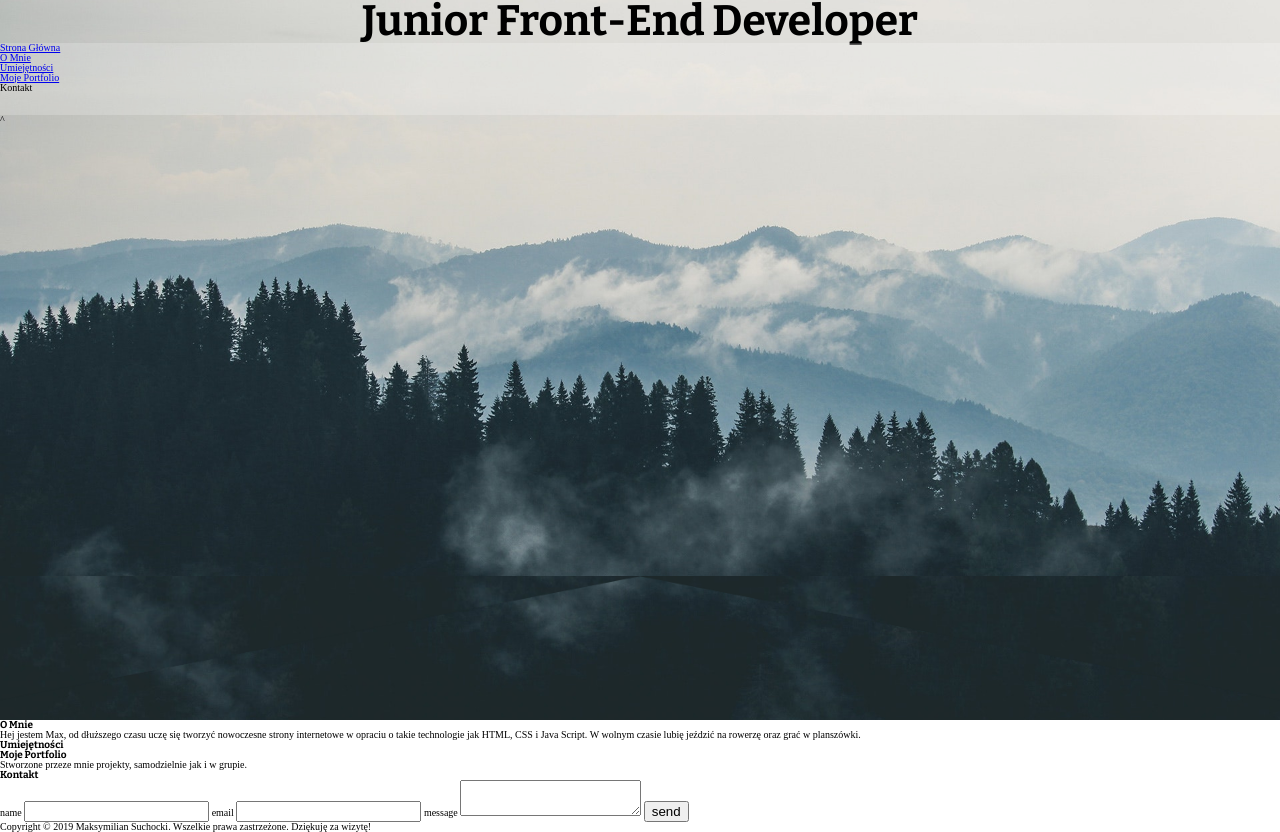
Repository: Maxs777/wizytowka
Page: index.html
An editor plug-in stored every save of this project. The page is shown before and after the next save, followed by the edit.
The browser window is 1280 px wide. The pictures show the whole page.

Above is the page before, as saved 2019-03-10 13:00:13.

After the next save:
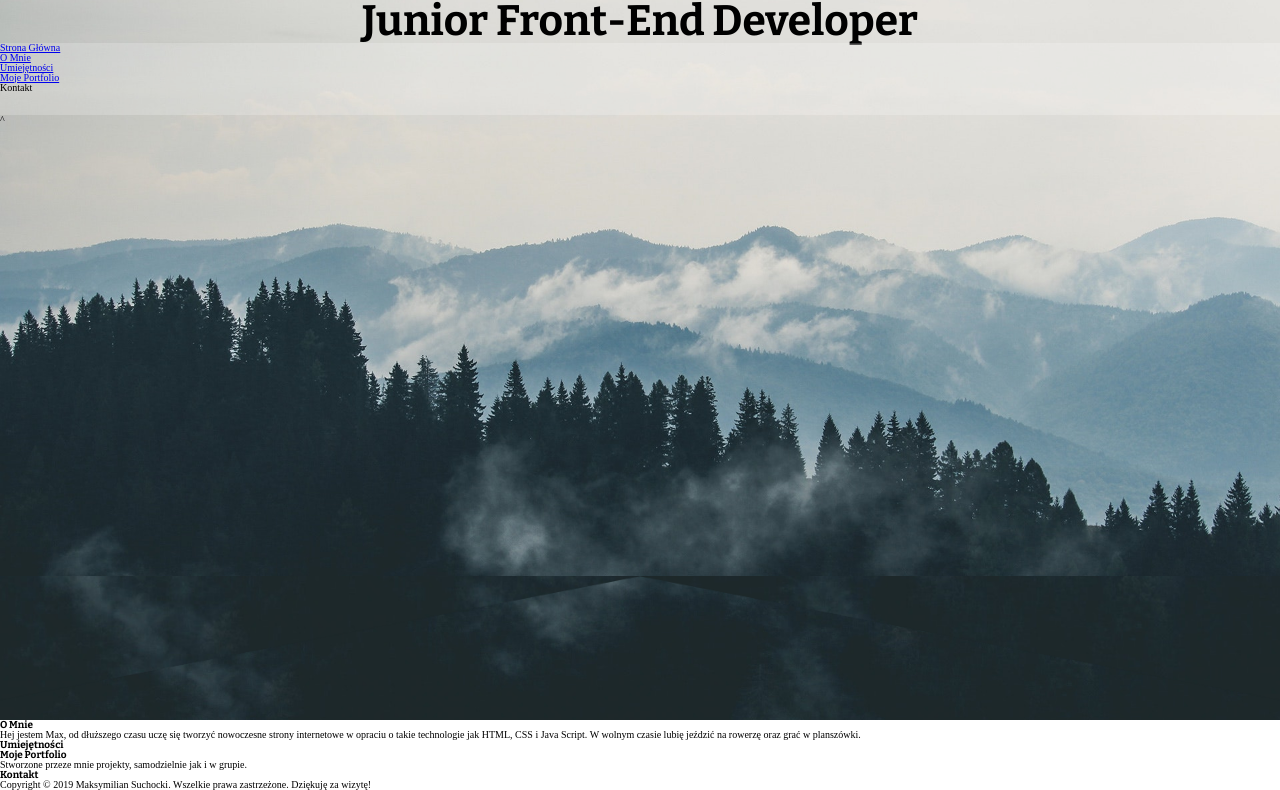
Saved 18 s later.
--- a/index.html
+++ b/index.html
@@ -53,13 +53,7 @@
             <section id="section4" class="contact">
                 <h2>Kontakt</h2>
                 <form action="">
-                    <label for="send-name">name</label>
-                    <input type="name" id="send-name">
-                    <label for="send-email">email</label>
-                    <input type="email" id="send-email">
-                    <label for="message">message</label>
-                    <textarea id="message"></textarea>
-                    <button>send</button
+
                 </form>
             </section>
         </main>
